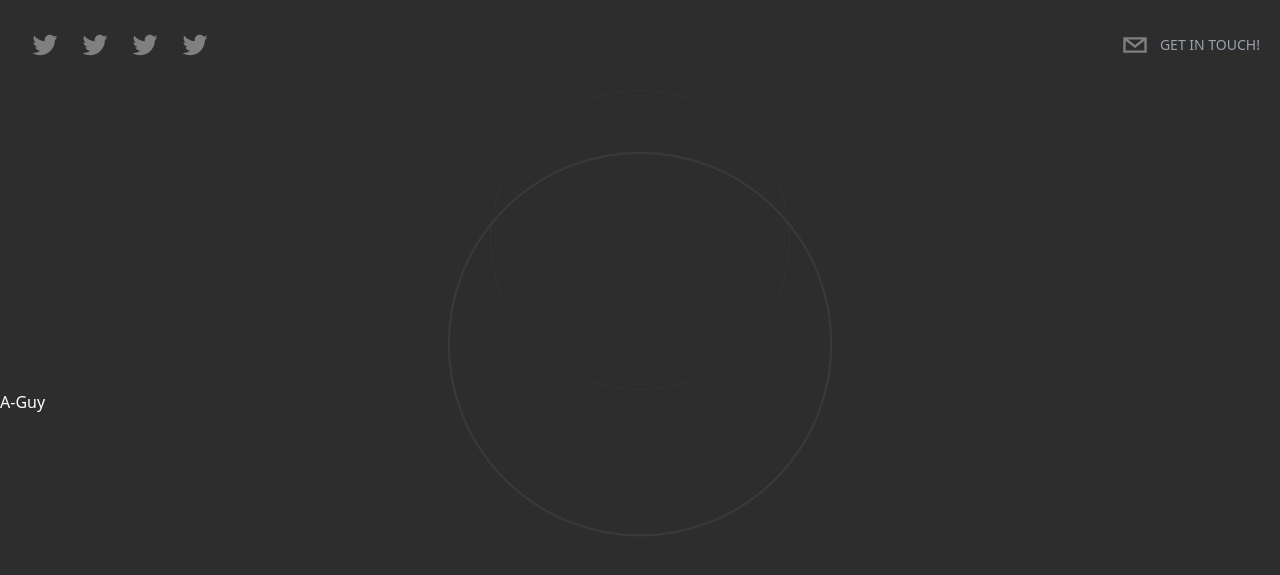
Repository: MikeeBuilds/newportfolio-2023
Page: /
An editor plug-in stored every save of this project. The page is shown before and after a run of saves, followed by the edit.
The browser window is 1280 px wide. The pictures show the whole page.
The project was rebuilt for these pictures with package versions that can differ from the ones it lists, and the page was loaded fresh each time. The framework's server and built-in components were replaced by stand-ins that run in the browser. Also part of the build but not shown: next.config.js.

Above is the page before, as saved 2023-02-26 19:53:56.

After the next 2 saves:
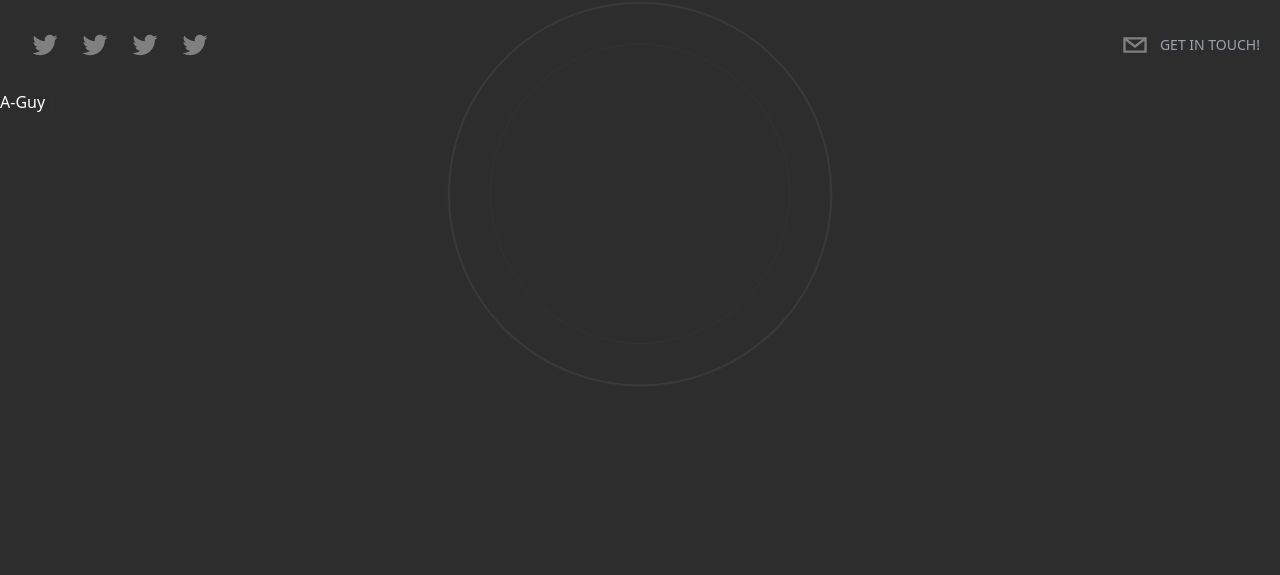
The 2 saves are shown as one change because they came seconds apart.
The last was saved 10 s later.
--- a/components/BackgroundCircles.tsx
+++ b/components/BackgroundCircles.tsx
@@ -10,7 +10,7 @@
         <div className='relative flex justify-center items-center'>
             <div className='absolute border border-[#333333 rounded-full h-[200px]
                             w-[200px] mt-52 animate-ping' />
-            <div className='rounded-full border border-[#333333] h-[300px] w-[300px] absol' />
+            <div className='rounded-full border border-[#333333] h-[300px] w-[300px] absolute mt-52' />
             <div />
             <div />
             <div />
